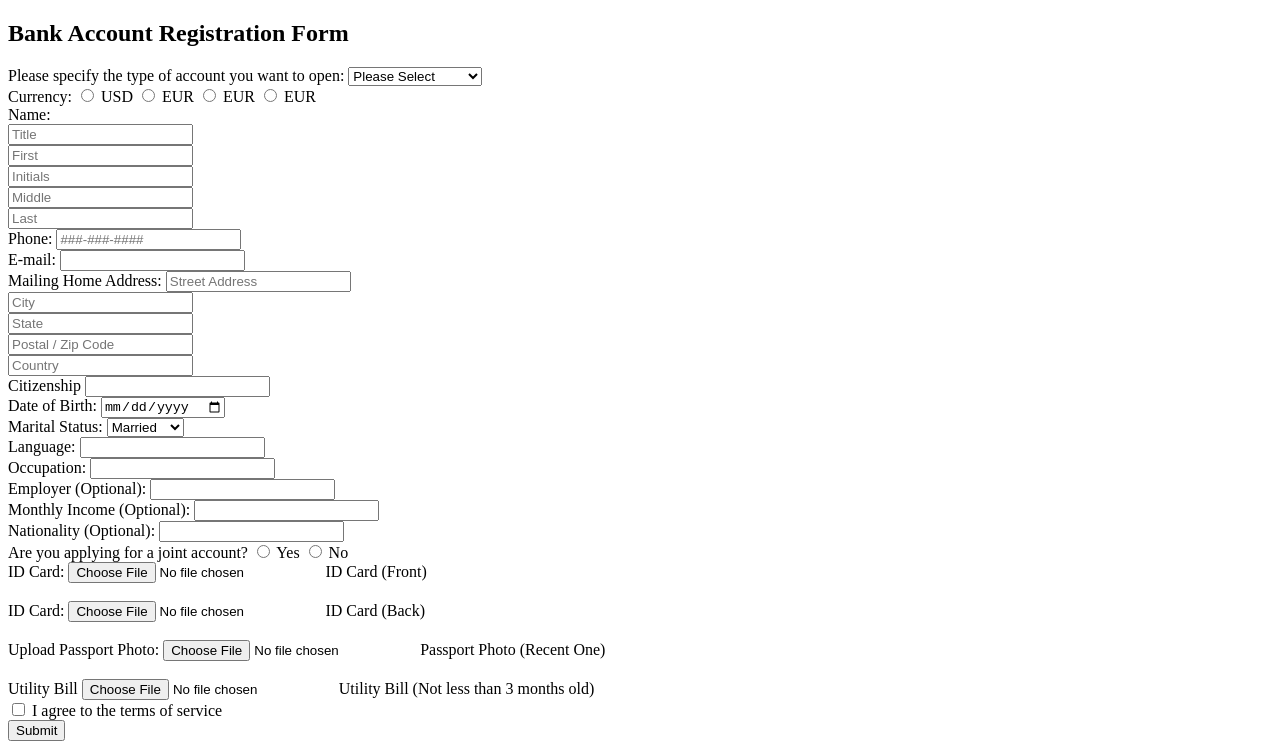
Repository: hizeetech/First-Assignment
Page: sign_up.html
An editor plug-in stored every save of this project. The page is shown before and after the next save, followed by the edit.
The browser window is 1280 px wide. The pictures show the whole page.

Above is the page before, as saved 2024-11-09 02:41:40.

### sign_up.html
<!DOCTYPE html>
<html lang="en">
<head>
    <meta charset="UTF-8">
    <meta name="viewport" content="width=device-width, initial-scale=1.0">
    <title>Bank Account Registration Form</title>

</head>
<body>

<div>
    <h2>Bank Account Registration Form</h2>
    <form action="#" method="post">

        <div>
            <label for="account-type">Please specify the type of account you want to open:</label>
            <select id="account-type" name="account_type" required>
                <option value="">Please Select</option>
                <option value="savings">Savings Account</option>
                <option value="current">Current Account</option>
                <option value="corporate">Corporate Account</option>
            </select>
        </div>

        <div>
            <label>Currency:</label>
            <label><input type="radio" name="currency" value="NGN" required> USD</label>
            <label><input type="radio" name="currency" value="USD"> EUR</label>
            <label><input type="radio" name="currency" value="EUR"> EUR</label>
            <label><input type="radio" name="currency" value="POUNDS"> EUR</label>
        </div>

        <div>
            <label for="title">Name:</label>
            <div class="inline"><input type="text" id="title" name="title" placeholder="Title"></div>
            <div class="inline"><input type="text" name="first_name" placeholder="First" required></div>
            <div class="inline"><input type="text" name="initials" placeholder="Initials"></div>
            <div class="inline"><input type="text" name="middle_name" placeholder="Middle"></div>
            <input type="text" name="last_name" placeholder="Last" required>
        </div>

        <div>
            <label for="phone">Phone:</label>
            <input type="tel" id="phone" name="phone" placeholder="###-###-####" required>
        </div>

        <div>
            <label for="email">E-mail:</label>
            <input type="email" id="email" name="email" required>
        </div>

        <div>
            <label for="address">Mailing Home Address:</label>
            <input type="text" id="address" name="address" placeholder="Street Address" required>
            <div class="inline"><input type="text" name="city" placeholder="City" required></div>
            <div class="inline"><input type="text" name="state" placeholder="State" required></div>
            <div class="inline"><input type="text" name="postal_code" placeholder="Postal / Zip Code" required></div>
            <input type="text" name="country" placeholder="Country" required>
        </div>

        <div>
            <label for="citizenship">Citizenship</label>
            <input type="citizenship" id="citizenship" name="citizenship" required>
        </div>

        <div>
            <label for="dob">Date of Birth:</label>
            <input type="date" id="dob" name="dob" required>
        </div>

        <div>
            <label for="marital-status">Marital Status:</label>
            <select id="marital-status" name="marital_status" required>
                <option value="married">Married</option>
                <option value="single">Single</option>
                <option value="divorced">Divorced</option>
                <option value="widowed">Widowed</option>
            </select>
        </div>

        <div>
            <label for="language">Language:</label>
            <input type="text" id="language" name="language" required>
        </div>
        <div>
            <label for="occupation">Occupation:</label>
            <input type="text" id="occupation" name="occupation" required>
        </div>
        <div>
            <label for="employer">Employer (Optional):</label>
            <input type="text" id="employer" name="employer">
        </div>
        <div>
            <label for="income">Monthly Income (Optional):</label>
            <input type="text" id="income" name="monthly_income">
        </div>


        <div>
            <label for="nationality">Nationality (Optional):</label>
            <input type="text" id="nationality" name="nationality">
        </div>
        <div>
            <label>Are you applying for a joint account?</label>
            <label><input type="radio" name="joint_account" value="yes"> Yes</label>
            <label><input type="radio" name="joint_account" value="no"> No</label>
        </div>

        <div>
            <label for="id_card">ID Card:</label>
            <input type="file" accept="image/png, image/jpg, image/jpeg, image/webp, image/gif">
            <label for="id-card">ID Card (Front)</label><br><br>
            <label for="id_card">ID Card:</label>
            <input type="file" accept="image/png, image/jpg, image/jpeg, image/webp, image/gif">
            <label for="id-card">ID Card (Back)</label><br><br>
            <label for="passportPhoto">Upload Passport Photo:</label>
            <input type="file" accept="image/png, image/jpg, image/jpeg, image/webp, image/gif">
            <label for="id-card">Passport Photo (Recent One)</label><br><br>
            <label>Utility Bill</label>
            <input type="file" accept="image/png, image/jpg, image/jpeg, image/webp, image/gif">
            <label for="id-card">Utility Bill (Not less than 3 months old)</label>
        </div>

        <div>
            <input type="checkbox" id="terms" name="terms" required>
            <label for="terms">I agree to the terms of service</a></label>
        </div>



        <button type="submit" class="submit-btn">Submit</button>
    </form>
</div>

</body>
</html>

After the next save:
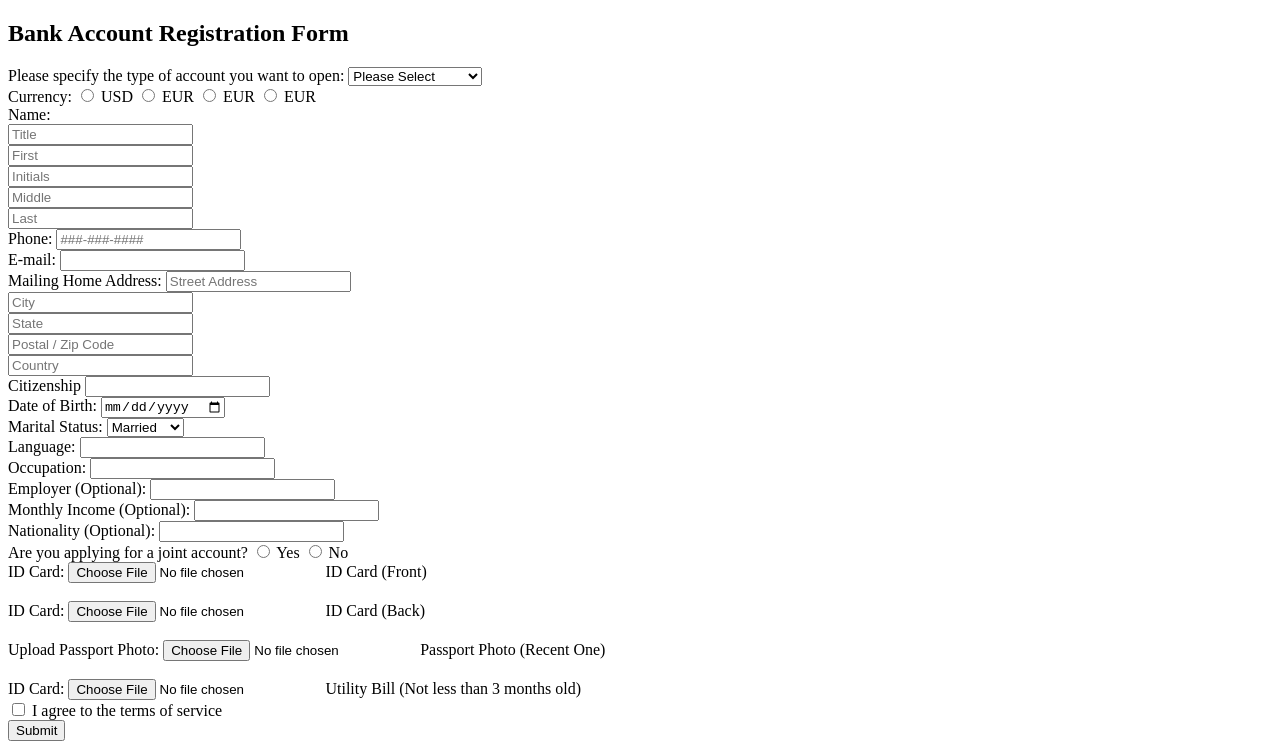
Saved 11 s later.
--- a/sign_up.html
+++ b/sign_up.html
@@ -116,7 +116,7 @@
             <label for="passportPhoto">Upload Passport Photo:</label>
             <input type="file" accept="image/png, image/jpg, image/jpeg, image/webp, image/gif">
             <label for="id-card">Passport Photo (Recent One)</label><br><br>
-            <label>Utility Bill</label>
+            <label for="id_card">ID Card:</label>
             <input type="file" accept="image/png, image/jpg, image/jpeg, image/webp, image/gif">
             <label for="id-card">Utility Bill (Not less than 3 months old)</label>
         </div>
